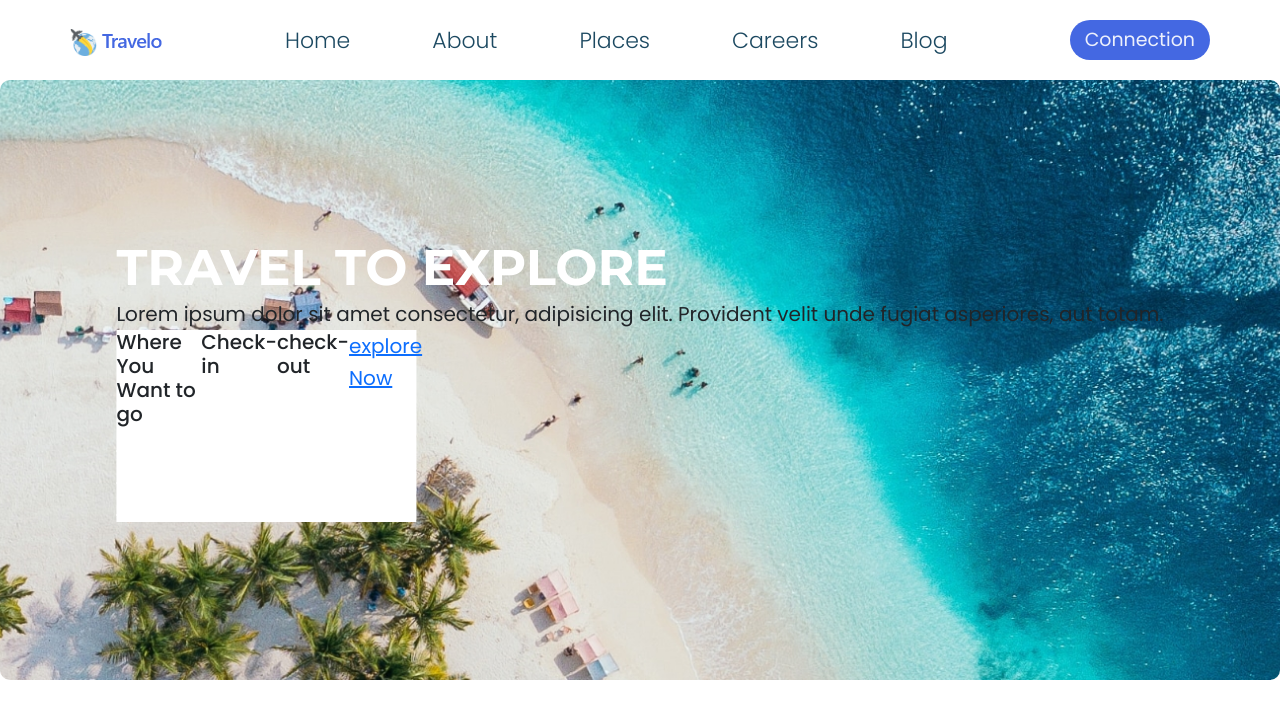
Repository: kuluong2000/travel
Page: index.html
These files come from the project's save history. The page is drawn as it stood at one moment and after the next save; the edit follows.
The browser window is 1280 px wide. The pictures show the whole page.
The style sheet was rebuilt from its Sass, Less or Tailwind sources for each picture, by a compiler version that may differ from the author's.

Above is the page before, as saved 2021-09-03 23:19:38.

After the next save:
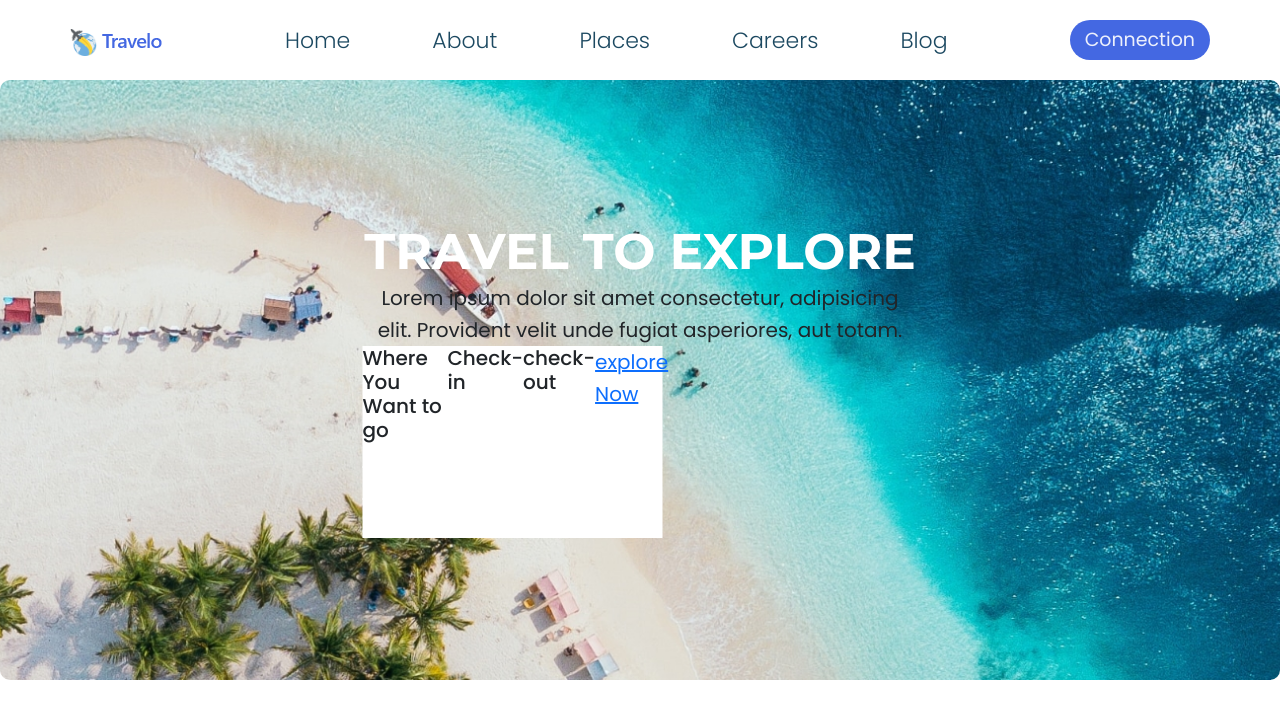
Saved 31 s later.
--- a/assets/sass/_banner.scss
+++ b/assets/sass/_banner.scss
@@ -12,7 +12,8 @@
       transform: translate(-50%,-50%);
 }
   &__main__top{
-    max-width: max-content;
+    max-width: 555px;
+    text-align: center;
 
 }
   &__main__title{
